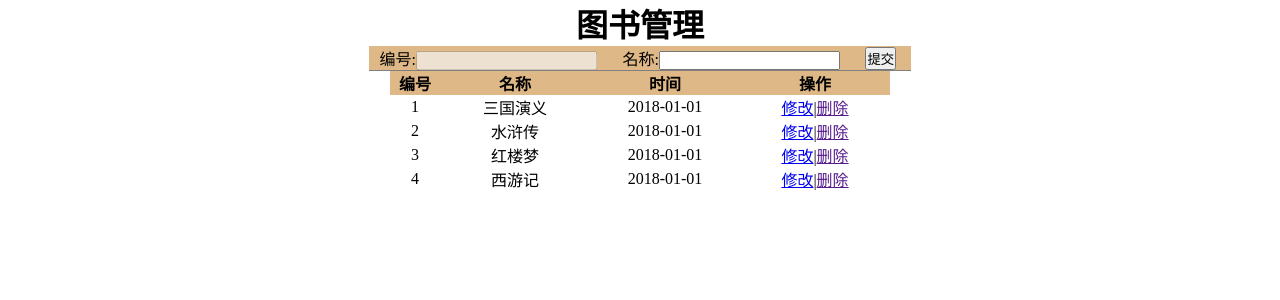
Repository: chenguocan/Vue_demo_1
Page: vue_demo_03/图书管理.html
The author's editor kept a copy of each file at every save. The page is drawn from the files as they stood at one save, then again after the next save.
The browser window is 1280 px wide. The pictures show the whole page.

Above is the page before, as saved 2020-07-22 11:38:16.

### vue_demo_03/图书管理.html
<!DOCTYPE html>
<html lang="en">
  <head>
    <meta charset="UTF-8" />
    <meta name="viewport" content="width=device-width, initial-scale=1.0" />
    <title>Document</title>
    <style>
      * {
        margin: 0;
        padding: 0;
        box-sizing: border-box;
      }
      .book {
        text-align: center;
      }
      .user {
        display: flex;
        justify-content: center;
      }
      .user table {
        border-bottom: 1px solid gray;
      }
      table {
        border-collapse: collapse;
      }
      th {
        background-color: burlywood;
      }
      .user td {
        padding: 0 15px 0 10.5px;
        background-color: burlywood;
      }
      td {
        border-collapse: collapse;
      }
      .bookmsg {
        display: flex;
        justify-content: center;
      }
    </style>
  </head>
  <body>
    <div id="app">
      <div class="book">
        <h1>图书管理</h1>
        <div class="user">
          <table>
            <tr>
              <td>
                编号:<input
                  type="text"
                  name="id"
                  v-model="addid"
                  v-bind:disabled="flag"
                />
              </td>
              <td>
                名称:<input type="text" name="bookname" v-model="addbook" />
              </td>
              <td><button v-on:click="AddBook">提交</button></td>
            </tr>
          </table>
        </div>
        <div class="bookmsg">
          <table>
            <thead>
              <tr>
                <th width="50">编号</th>
                <th width="150">名称</th>
                <th width="150">时间</th>
                <th width="150">操作</th>
              </tr>
            </thead>
            <tbody>
              <tr :key="item.id" v-for="(item,index) in book">
                <td>{{item.id}}</td>
                <td>{{item.bookname}}</td>
                <td>{{item.date | format(item.date)}}</td>
                <td>
                  <a href="#" @click.prevent="revise(index)">修改</a>|<a
                    href=""
                    @click.prevent="del(index)"
                    >删除</a
                  >
                </td>
              </tr>
            </tbody>
          </table>
        </div>
      </div>
    </div>
  </body>
  <script src="./js/vue.js"></script>
  <script>
    Vue.filter("format", function (value, arg) {
      function dateFormat(date, format) {
        if (typeof date === "string") {
          var mts = date.match(/(\/Date\((\d+)\)\/)/);
          if (mts && mts.length >= 3) {
            date = parseInt(mts[2]);
          }
        }
        date = new Date(date);
        if (!date || date.toUTCString() == "Invalid Date") {
          return "";
        }
        var map = {
          M: date.getMonth() + 1, //月份
          d: date.getDate(), //日
          h: date.getHours(), //小时
          m: date.getMinutes(), //分
          s: date.getSeconds(), //秒
          q: Math.floor((date.getMonth() + 3) / 3), //季度
          S: date.getMilliseconds(), //毫秒
        };

        format = format.replace(/([yMdhmsqS])+/g, function (all, t) {
          var v = map[t];
          if (v !== undefined) {
            if (all.length > 1) {
              v = "0" + v;
              v = v.substr(v.length - 2);
            }
            return v;
          } else if (t === "y") {
            return (date.getFullYear() + "").substr(4 - all.length);
          }
          return all;
        });
        return format;
      }
      return dateFormat(value, arg);
    });
    let app = new Vue({
      el: "#app",
      data: {
        flag: true,
        addbook: "",
        addid: "",
        book: [
          {
            id: 1,
            bookname: "三国演义",
            date: "2018-01-01",
          },
          {
            id: 2,
            bookname: "水浒传",
            date: "2018-01-01",
          },
          {
            id: 3,
            bookname: "红楼梦",
            date: "2018-01-01",
          },
          {
            id: 4,
            bookname: "西游记",
            date: "2018-01-01",
          },
        ],
      },
      methods: {
        //添加图书
        //通过创建一个对象,把一整个对象push到数组当中
        AddBook: function (value) {
          //Vue.set(this.book, this.book[4].id, this.addid);
          for (var i = 0; i < this.book.length; i++) {
            if (this.book[i].id === this.addid) {
              console.log("已经存在");
              console.log(this.book[i].id);
              console.log(this.book[i].bookname);
              console.log(this.addid);
              console.log(this.addbook);
              var rebook = {};
              rebook.id = this.book[i].id;
              rebook.book = this.addbook;
              rebook.date = "";
              console.log(rebook);
              console.log(this.book);
              Vue.set(this.book, this.book, rebook);
            } else {
            }
          }
          if (this.addid >= this.book.length + 1) {
            console.log("不存在");
            var ab = {};
            console.log(this.addid);
            ab.id = this.addid;
            ab.bookname = this.addbook;
            ab.date = "2018-01-01";
            this.book.push(ab);
          } else {
          }
          // 清空表单
          this.id = "";
          this.bookname = "";
          //Vue.set(this.book, this.book[1], this.bookname);
          //console.log(this.book[1].bookname);
          // console.log(this.book[addid].id);
        },
        del: function (index) {
          console.log(this.book);
          this.book.splice(index, 1);
        },
        revise: function (index) {
          // if (this.addid === this.book.length) {
          //     var ab = {};
          //     console.log(this.addid);
          //     ab.id = this.addid;
          //     ab.bookname = this.addbook;
          //     ab.date = "2018-01-01";
          //     this.book.push(ab);
          //   }
          console.log(this.book.length);
          this.addid = this.book[index].id;
          this.addbook = this.book[index].bookname;
        },
      },
    });
  </script>
</html>

Loaded but not shown: vue_demo_03/js/vue.js (library)

After the next save:
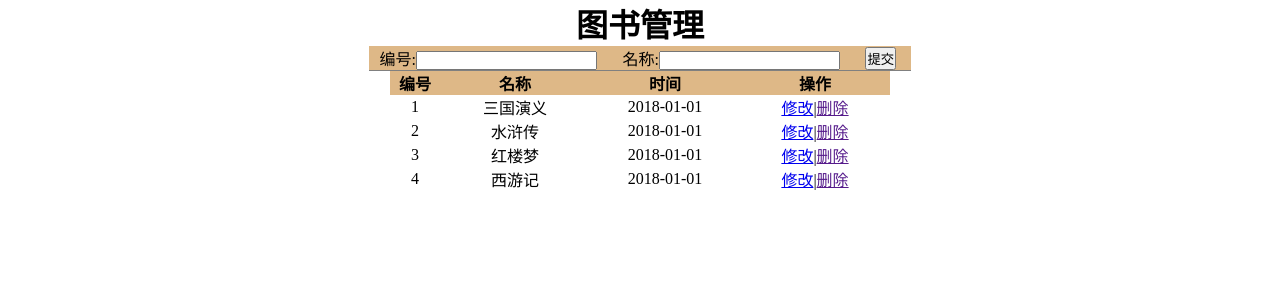
Saved 9 s later.
--- a/vue_demo_03/图书管理.html
+++ b/vue_demo_03/图书管理.html
@@ -134,7 +134,7 @@
     let app = new Vue({
       el: "#app",
       data: {
-        flag: true,
+        flag: false,
         addbook: "",
         addid: "",
         book: [
